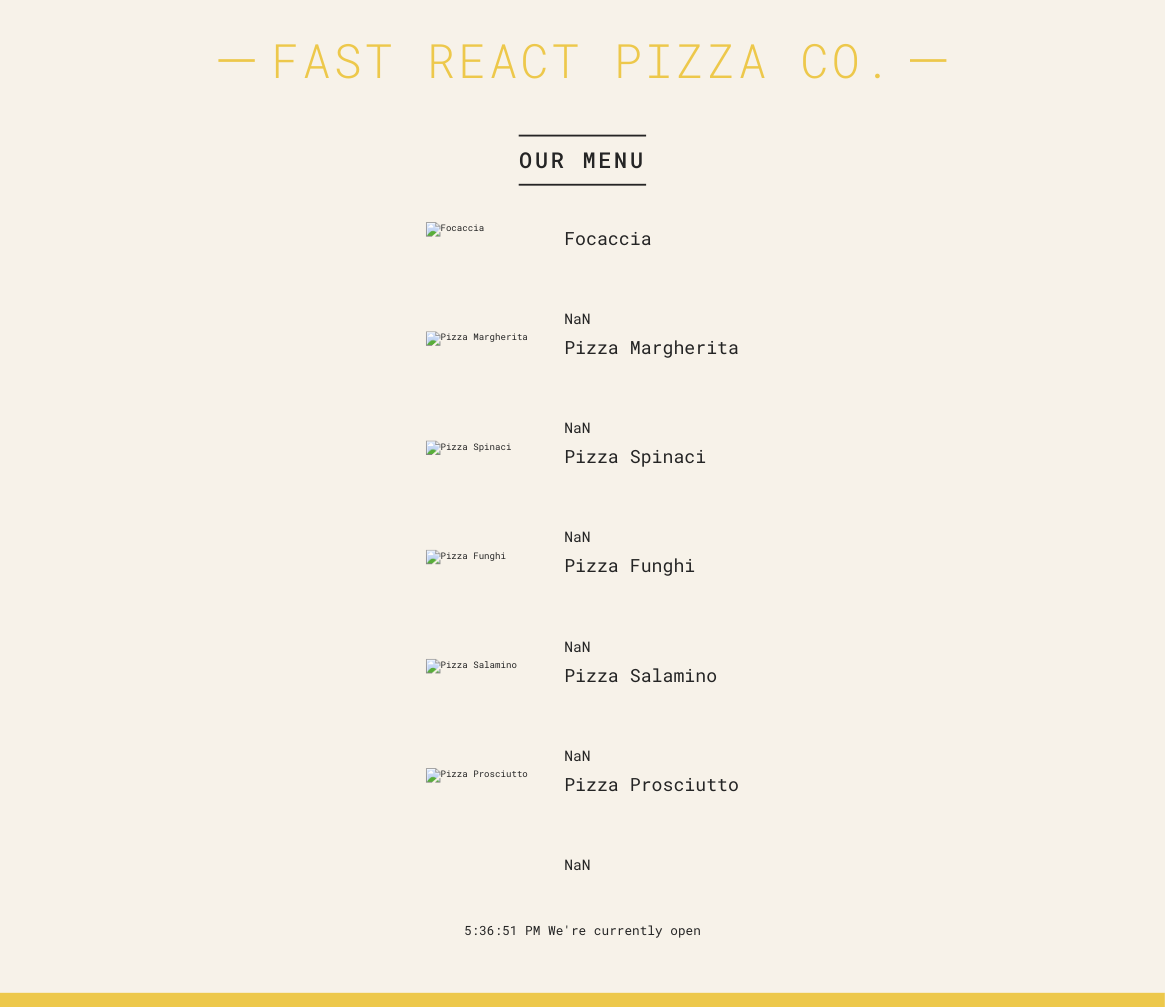
Repository: ahmedharidy/First-React-App
Page: /
An editor plug-in stored every save of this project. The page is shown before and after the next save, followed by the edit.
The browser window is 1280 px wide. The pictures show the whole page, at 91% of full size.
The project was rebuilt for these pictures with package versions that can differ from the ones it lists, and the page was loaded fresh each time.

Above is the page before, as saved 2026-09-23 00:00:32.

After the next save:
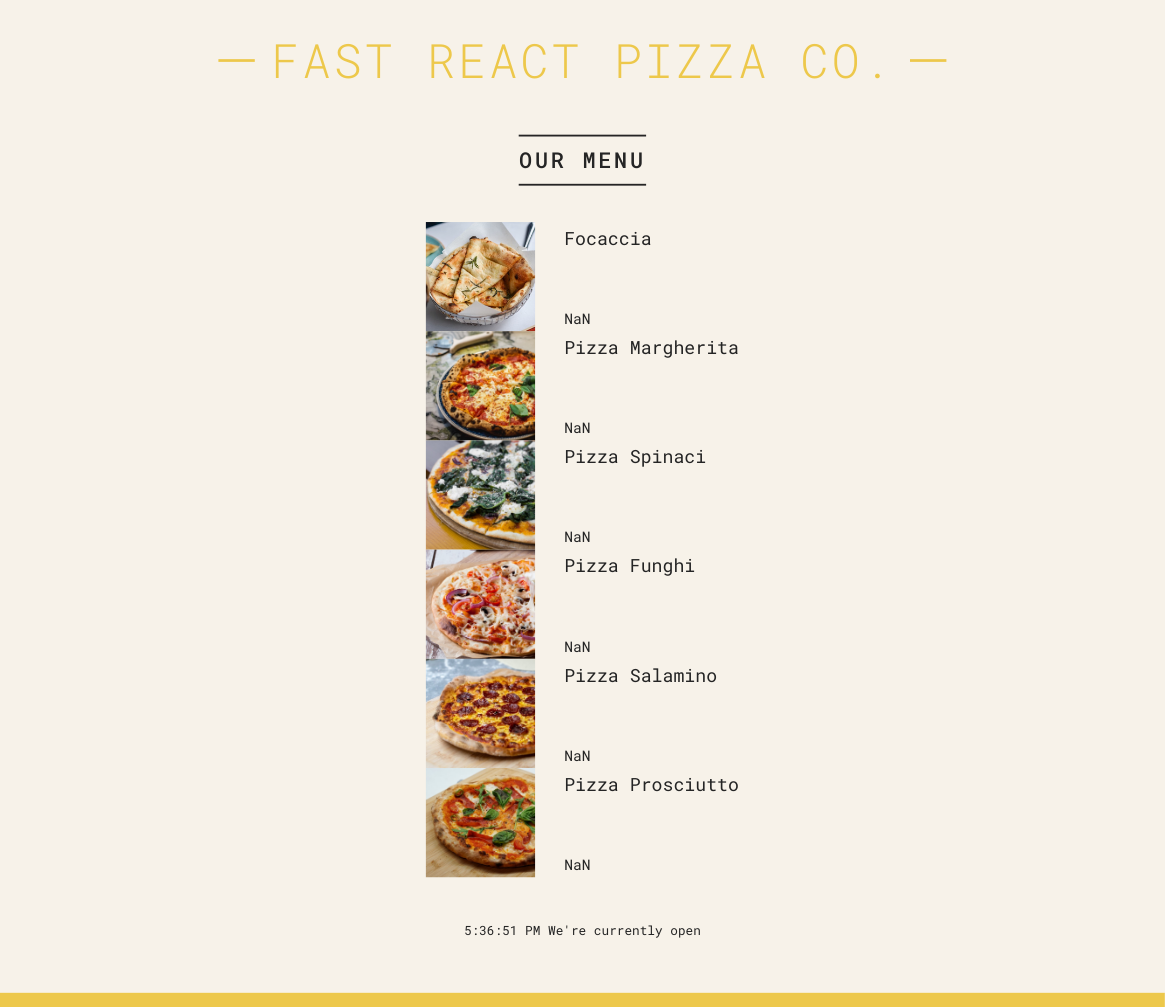
Saved 65 s later.
--- a/src/index.js
+++ b/src/index.js
@@ -72,7 +72,7 @@ function Menu() {
 
       <div>
         {pizzaData.map((pizza) => (
-          <Pizza name={pizza.name} />
+          <Pizza name={pizza.name} photoName={pizza.photoName} />
         ))}
       </div>
       {/* <Pizza
